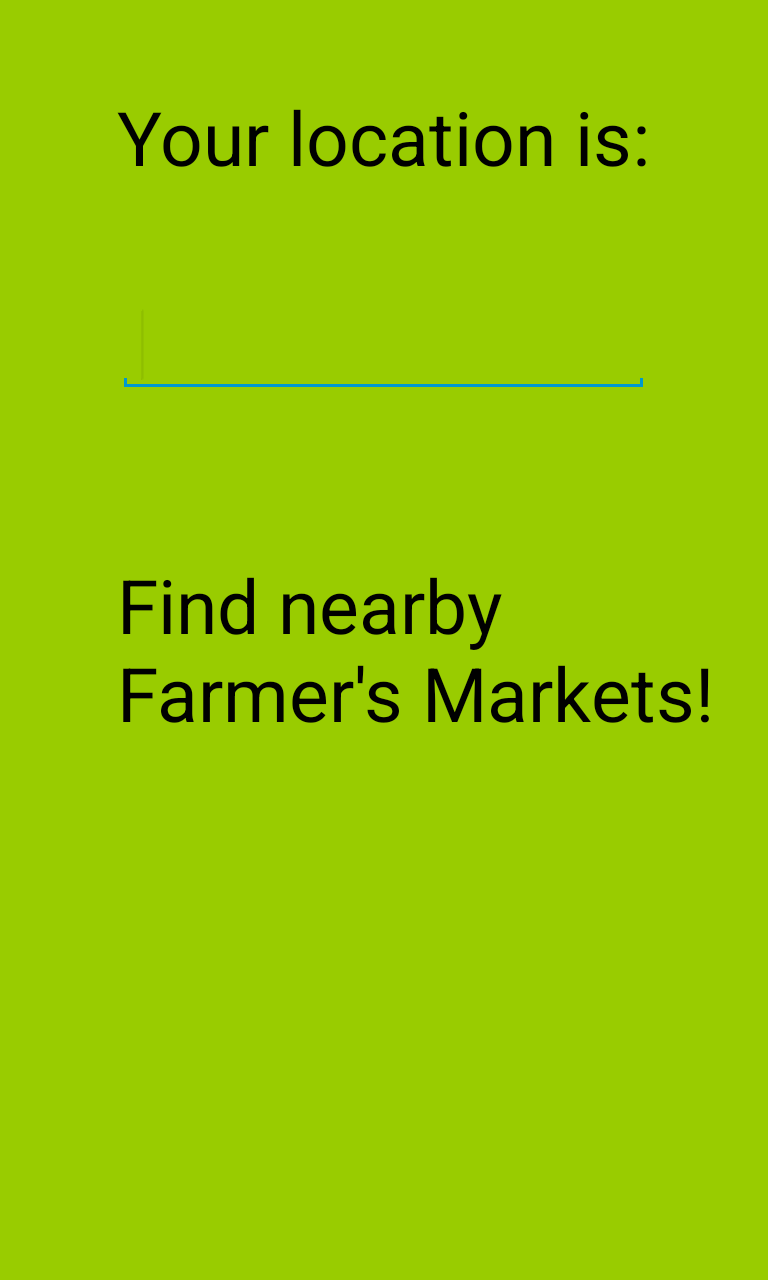
Repository: yasith/OnlyLocal
Layout: Only Local/res/layout/activity_start.xml
The author's editor kept a copy of each file at every save. The layout is drawn from the files as they stood at one save, then again after the next save.
It is drawn on a 768 x 1280 px phone screen (xhdpi) without system bars, with theme AppTheme; the app's code is not run.

Above is the layout before, as saved 2012-07-25 04:50:17.

After the next save:
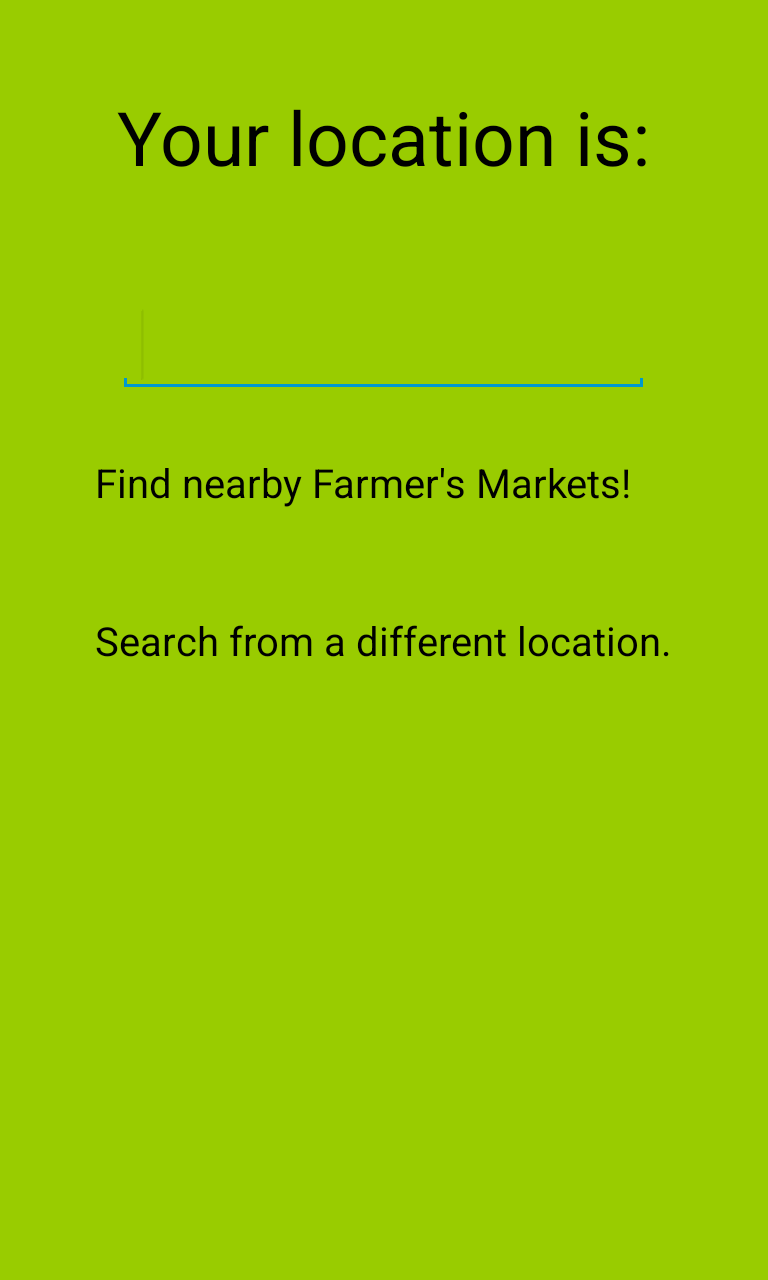
Saved 112 s later.
--- a/Only Local/res/layout/activity_start.xml
+++ b/Only Local/res/layout/activity_start.xml
@@ -31,14 +31,24 @@
     </EditText>
 
     <TextView
+        android:id="@+id/TextView02"
+        android:layout_width="wrap_content"
+        android:layout_height="wrap_content"
+        android:layout_centerHorizontal="true"
+        android:layout_centerVertical="true"
+        android:text="@string/change"
+        android:textAppearance="?android:attr/textAppearanceLarge"
+        android:textSize="40px" />
+
+    <TextView
         android:id="@+id/TextView01"
         android:layout_width="wrap_content"
         android:layout_height="wrap_content"
-        android:layout_alignLeft="@+id/editText1"
-        android:layout_below="@+id/editText1"
-        android:layout_marginTop="80dp"
+        android:layout_above="@+id/TextView02"
+        android:layout_alignLeft="@+id/TextView02"
+        android:layout_marginBottom="52dp"
         android:text="@string/search"
         android:textAppearance="?android:attr/textAppearanceLarge"
-        android:textSize="75px" />
+        android:textSize="40px" />
 
 </RelativeLayout>
